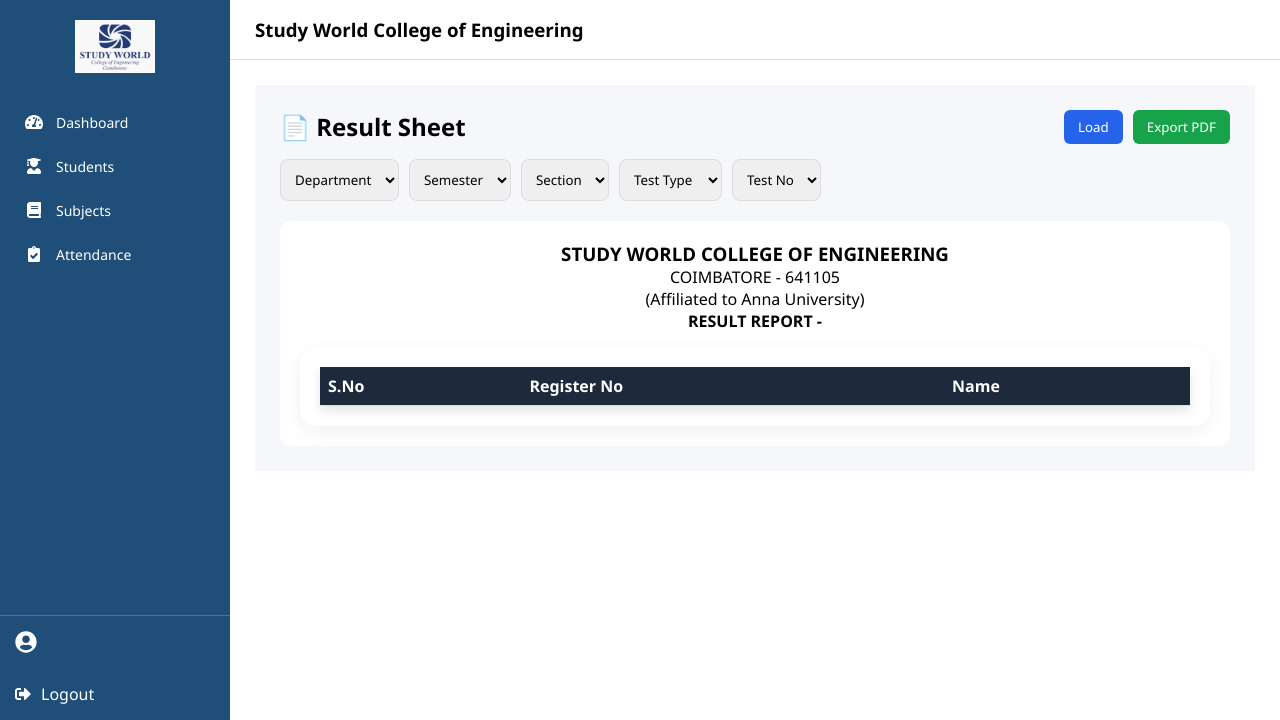
Repository: arthanarieswara/frontend
Page: /result-sheet
An editor plug-in stored every save of this project. The page is shown before and after the next save, followed by the edit.
The browser window is 1280 px wide. The pictures show the whole page.
The page's requests for data from a server got no answer. The project was rebuilt for these pictures with package versions that can differ from the ones it lists, and the page was loaded fresh each time. No one was signed in, and anything a server would have sent is missing. Also part of the build but not shown: vite.config.js, src/pages/auth/Login.jsx, src/pages/dashboard/Dashboard.css, src/pages/dashboard/Dashboard.jsx, src/pages/departments/Departments.jsx, src/pages/students/Students.css, src/pages/students/Students.jsx, src/pages/faculty/Faculty.css and 13 more.

Above is the page before, as saved 2026-04-13 15:25:52.

### index.html
<!doctype html>
<html lang="en">
  <head>
    <meta charset="UTF-8" />
    <link rel="icon" type="image/svg+xml" href="/college-logo.png" />
    <meta name="viewport" content="width=device-width, initial-scale=1.0" />
    <title>SWMS</title>
  </head>
  <body>
    <div id="root"></div>
    <script type="module" src="/src/main.jsx"></script>
  </body>
</html>

### src/App.jsx
import AppRoutes from "./routes/AppRoutes";

function App() {
  return <AppRoutes />;
}

export default App;

### src/routes/AppRoutes.jsx
import { BrowserRouter, Routes, Route } from "react-router-dom";

import Login from "../pages/auth/Login";
import Dashboard from "../pages/dashboard/Dashboard";
import Departments from "../pages/departments/Departments";
import Students from "../pages/students/Students";
import Faculty from "../pages/faculty/Faculty";
import Subjects from "../pages/Subjects/Subjects";
import Attendance from "../pages/Attendance/Attendance";
import Users from "../pages/users/Users";
import UserMapping from "../pages/UserMapping/UserMapping"; // ✅ NEW
import FacultyAttendance from "../pages/faculty/FacultyAttendance";
import Marks from "../pages/marks/Marks";
import ResultSheet from "../pages/marks/ResultSheet";
import SubjectMarks from "../pages/marks/SubjectMarks";
function AppRoutes() {
  return (
    <BrowserRouter>
      <Routes>
        <Route path="/" element={<Login />} />
        <Route path="/dashboard" element={<Dashboard />} />
        <Route path="/departments" element={<Departments />} />
        <Route path="/students" element={<Students />} />
        <Route path="/faculty" element={<Faculty />} />
        <Route path="/subjects" element={<Subjects />} />
        <Route path="/attendance" element={<Attendance />} />
        <Route path="/users" element={<Users />} />
        <Route path="/faculty-attendance" element={<FacultyAttendance />} />

        {/* ✅ NEW ROUTE */}
        <Route path="/mapping" element={<UserMapping />} />
        <Route path="/marks" element={<Marks />} />
        <Route path="/result-sheet" element={<ResultSheet />} />
        <Route path="/subject-marks" element={<SubjectMarks />} />
      </Routes>
    </BrowserRouter>
  );
}

export default AppRoutes;

### src/pages/auth/Login.css
*{
  margin:0;
  padding:0;
  box-sizing:border-box;
  font-family:"Segoe UI",sans-serif;
}

/* ANIMATED BACKGROUND */

.login-wrapper{
  height:100vh;
  display:flex;
  justify-content:center;
  align-items:center;
  background:linear-gradient(270deg,#0f4c81,#3a8bfd,#1a6ed8);
  background-size:600% 600%;
  animation:gradientBG 10s ease infinite;
}

@keyframes gradientBG{
  0%{background-position:0% 50%}
  50%{background-position:100% 50%}
  100%{background-position:0% 50%}
}

/* LOGIN CARD */

.login-card{
  width:420px;
  padding:40px;
  border-radius:12px;
  background:rgba(255,255,255,0.15);
  backdrop-filter:blur(15px);
  box-shadow:0 15px 40px rgba(0,0,0,0.3);
  text-align:center;
  color:white;
}

/* COLLEGE HEADER */

.college-logo{
  width:70px;
  margin-bottom:10px;
}

.college-header h1{
  font-size:20px;
  margin-bottom:5px;
}

.college-header p{
 font-size:13px;
  opacity:0.9;
}

.college-header span{
  font-size:12px;
  opacity:0.8;
}

.college-header{
  margin-bottom:30px;
}

/* INPUT GROUP */

.input-group{

  position:relative;
  margin-bottom:20px;
}

.input-group input{
  width:100%;
  padding:12px;
  border:none;
  border-radius:6px;
  outline:none;
  font-size:14px;
}

/* FLOATING LABEL */

.input-group label{
  position:absolute;
  left:12px;
  top:50%;
  transform:translateY(-50%);
  color:#000000;
  font-size:14px;
  pointer-events:none;
  transition:0.3s;
}

.input-group input:focus + label,
.input-group input:not(:placeholder-shown) + label{
  top:-8px;
  /* background:white; */
  padding:0 5px;
  font-size:15px;
  color:white;
}

/* PASSWORD ICON */

.password-group{
 position:relative;
}

.eye-icon{
  position:absolute;
  right:10px;
  top:50%;
  transform:translateY(-50%);
  cursor:pointer;
  color:#444;
}

/* BUTTON */

.login-btn{
  width:100%;
  padding:12px;
  border:none;
  border-radius:6px;
  background:white;
  color:#0f4c81;
  font-size:16px;
  font-weight:bold;
  cursor:pointer;
  transition:all 0.3s;
}

.login-btn:hover{
  transform:translateY(-2px);
  box-shadow:0 5px 15px rgba(0,0,0,0.3);
}

### src/components/Layout.jsx
import { useState } from "react";
import Sidebar from "./Sidebar";
import Navbar from "./Navbar";

function Layout({ children }) {

  const [collapsed,setCollapsed] = useState(false);

  return (

    <div style={{display:"flex"}}>

      <Sidebar collapsed={collapsed} />

      <div style={{flex:1}}>

        <Navbar toggleSidebar={()=>setCollapsed(!collapsed)} />

        <div style={{padding:"25px"}}>
          {children}
        </div>

      </div>

    </div>

  );

}

export default Layout;

### src/pages/departments/Departments.css
.departments h2 {
    margin-bottom: 20px;
}

.add-section {
    display: flex;
    gap: 10px;
    margin-bottom: 20px;
}

.add-section input {
    padding: 10px;
    border: 1px solid #ccc;
    border-radius: 5px;
}

.add-section button {
    background: #0f4c81;
    color: white;
    border: none;
    padding: 10px 15px;
    border-radius: 5px;
    cursor: pointer;
}

table {
    width: 100%;
    border-collapse: collapse;
    background: white;
    box-shadow: 0 5px 10px rgba(0, 0, 0, 0.1);
}

th,
td {
    padding: 12px;
    border-bottom: 1px solid #ddd;
    text-align: left;
}

.delete-btn {
    background: red;
    color: white;
    border: none;
    padding: 6px 10px;
    border-radius: 4px;
    cursor: pointer;
}

.edit-btn {
    background: #0f4c81;
    color: white;
    border: none;
    padding: 6px 10px;
    border-radius: 4px;
    cursor: pointer;
    margin: 10px;
}

### src/pages/faculty/FacultyAttendance.css
.faculty-attendance {
  padding: 25px;
}

/* HEADER */
.header {
  display: flex;
  justify-content: space-between;
  align-items: center;
  margin-bottom: 20px;
}

.actions {
  display: flex;
  gap: 10px;
}

.actions input {
  padding: 8px;
  border-radius: 6px;
  border: 1px solid #ccc;
}

.actions button {
  background: #1e5eff;
  color: white;
  border: none;
  padding: 8px 14px;
  border-radius: 6px;
  cursor: pointer;
}

.actions button:hover {
  background: #1748c7;
}

.secondary-btn {
  background: #28a745;
}

.secondary-btn:hover {
  background: #1e7e34;
}

/* TABLE */
.table-container {
  background: white;
  border-radius: 10px;
  box-shadow: 0 2px 10px rgba(0,0,0,0.08);
  overflow: hidden;
}

table {
  width: 100%;
  border-collapse: collapse;
}

thead {
  background: #1e5eff;
  color: white;
}

th, td {
  padding: 12px;
}

tbody tr:nth-child(even) {
  background: #f5f7fb;
}

tbody tr:hover {
  background: #eef2ff;
}

/* STATUS COLORS */
.status-dropdown.Present {
  background: #d4edda;
}

.status-dropdown.Absent {
  background: #f8d7da;
}

/* TIME INPUTS */
.time-inputs {
  display: flex;
  gap: 10px;
}

/* REPORT */
.report-section {
  margin-top: 30px;
}

.cards {
  display: flex;
  gap: 15px;
  flex-wrap: wrap;
}

.card {
  background: white;
  padding: 15px;
  border-radius: 8px;
  box-shadow: 0 2px 8px rgba(0,0,0,0.1);
  min-width: 120px;
  text-align: center;
}

.card.total {
  background: #1e5eff;
  color: white;
}

### src/pages/marks/ResultSheet.css
.result-page {
  padding: 25px;
  background: #f5f7fb;
}

.result-header {
  display: flex;
  justify-content: space-between;
  margin-bottom: 15px;
}

.actions {
  display: flex;
  gap: 10px;
}

.btn {
  padding: 8px 16px;
  border-radius: 8px;
  border: none;
  cursor: pointer;
}

.btn.primary {
  background: #2563eb;
  color: white;
}

.btn.success {
  background: #16a34a;
  color: white;
}

.filter-bar {
  display: flex;
  gap: 10px;
  margin-bottom: 20px;
}

.filter-bar select {
  padding: 10px;
  border-radius: 8px;
  border: 1px solid #ddd;
}

.pdf-container {
  background: white;
  padding: 20px;
  border-radius: 12px;
}

.college-block {
  text-align: center;
  margin-bottom: 15px;
}

.table-wrapper {
  overflow-x: auto;
}

.result-table {
  width: 100%;
  border-collapse: collapse;
}

.result-table th {
  background: #1e293b;
  color: white;
  padding: 8px;
}

.result-table td {
  border: 1px solid #ddd;
  padding: 6px;
  text-align: center;
}

.name {
  text-align: left;
}

.pass {
  color: green;
  font-weight: bold;
}

.fail {
  color: red;
  font-weight: bold;
}

.absent {
  color: orange;
  font-weight: bold;
}

.analysis-section {
  margin-top: 20px;
}

.analysis-table {
  width: 100%;
  border-collapse: collapse;
  margin-bottom: 15px;
}

.analysis-table th {
  background: #f1f5f9;
  padding: 8px;
}

.analysis-table td {
  border: 1px solid #ddd;
  text-align: center;
}

### src/pages/marks/SubjectMarks.css
/* PAGE */
.subject-page {
  padding: 25px;
  background: #f5f7fb;
}

/* TITLE */
.subject-page h2 {
  margin-bottom: 15px;
  font-weight: 600;
}

/* ================= FILTERS ================= */
.filters.modern {
  display: grid;
  grid-template-columns: repeat(auto-fit, minmax(160px, 1fr));
  gap: 12px;
  margin-bottom: 20px;
}

.filters select,
.filters button {
  padding: 10px;
  border-radius: 10px;
  border: 1px solid #ddd;
  background: #f9fafb;
  transition: 0.2s;
}

.filters select:focus {
  border-color: #2563eb;
  background: white;
  outline: none;
}

/* BUTTONS */
.filters button {
  background: linear-gradient(135deg, #2563eb, #4f46e5);
  color: white;
  border: none;
  cursor: pointer;
}

.filters button:hover {
  transform: scale(1.05);
}

.export-btn {
  background: linear-gradient(135deg, #7c3aed, #a855f7);
}

/* ================= ANALYSIS ================= */
.analysis-grid {
  display: grid;
  grid-template-columns: repeat(auto-fit, minmax(140px, 1fr));
  gap: 15px;
  margin-bottom: 20px;
}

/* CARDS */
.card {
  padding: 18px;
  border-radius: 14px;
  text-align: center;
  font-weight: 600;
  color: white;
  box-shadow: 0 6px 18px rgba(0,0,0,0.08);
  transition: 0.25s;
  position: relative;
}

.card:hover {
  transform: translateY(-5px) scale(1.02);
}

/* TOP STRIP */
.card::before {
  content: "";
  position: absolute;
  top: 0;
  left: 0;
  height: 5px;
  width: 100%;
  border-radius: 14px 14px 0 0;
}

/* COLORS */
.total {
  background: linear-gradient(135deg, #1e293b, #334155);
}
.total::before { background: #94a3b8; }

.present {
  background: linear-gradient(135deg, #16a34a, #22c55e);
}
.present::before { background: #4ade80; }

.absent {
  background: linear-gradient(135deg, #ea580c, #f97316);
}
.absent::before { background: #fb923c; }

.pass {
  background: linear-gradient(135deg, #2563eb, #3b82f6);
}
.pass::before { background: #60a5fa; }

.fail {
  background: linear-gradient(135deg, #dc2626, #ef4444);
}
.fail::before { background: #f87171; }

.avg {
  background: linear-gradient(135deg, #7c3aed, #8b5cf6);
}
.avg::before { background: #a78bfa; }

.high {
  background: linear-gradient(135deg, #0891b2, #06b6d4);
}
.high::before { background: #67e8f9; }

.low {
  background: linear-gradient(135deg, #eab308, #facc15);
  color: black;
}
.low::before { background: #fde047; }

/* ================= TABLE ================= */
.table-wrapper {
  background: white;
  padding: 20px;
  border-radius: 16px;
  box-shadow: 0 6px 20px rgba(0,0,0,0.06);
  overflow-x: auto;
}

/* TABLE */
.marks-table {
  width: 100%;
  border-collapse: collapse;
}

/* HEADER */
.marks-table th {
  background: #1e293b;
  color: white;
  padding: 10px;
  font-size: 14px;
}

/* ROWS */
.marks-table td {
  padding: 10px;
  border-bottom: 1px solid #eee;
  text-align: center;
}

/* HOVER */
.marks-table tr:hover {
  background: #f9fafb;
}

/* INPUT */
.marks-table input {
  width: 80px;
  padding: 6px;
  border-radius: 8px;
  border: 1px solid #ddd;
  text-align: center;
}

.marks-table input:focus {
  border-color: #2563eb;
  outline: none;
}

/* SAVE BUTTON */
.save-btn {
  margin-top: 15px;
  padding: 10px 20px;
  border-radius: 10px;
  border: none;
  background: linear-gradient(135deg, #16a34a, #22c55e);
  color: white;
  cursor: pointer;
  transition: 0.3s;
}

.save-btn:hover {
  transform: scale(1.05);
}

### src/components/Sidebar.jsx
import { NavLink, useNavigate } from "react-router-dom";
import {
  FaTachometerAlt,
  FaUniversity,
  FaUserGraduate,
  FaChalkboardTeacher,
  FaBook,
  FaClipboardCheck,
  FaSignOutAlt,
  FaUserCircle,
  FaUsers,
  FaProjectDiagram,

} from "react-icons/fa";

import "./Sidebar.css";

function Sidebar({ collapsed }) {
  const navigate = useNavigate();

  const user = JSON.parse(localStorage.getItem("user"));
  const role = user?.role;

  const handleLogout = () => {
    localStorage.removeItem("token");
    localStorage.removeItem("user");
    navigate("/");
  };

  return (
    <div className="main-content">
      <div className={`sidebar ${collapsed ? "collapsed" : ""}`}>
        <div className="sidebar-header">
          <img src="/college-logo.png" className="sidebar-logo" />
        </div>

        <nav className="menu">
          {/* COMMON (ADMIN + FACULTY) */}
          <NavLink to="/dashboard" className="menu-item">
            <FaTachometerAlt />
            <span>Dashboard</span>
          </NavLink>

          <NavLink to="/students" className="menu-item">
            <FaUserGraduate />
            <span>Students</span>
          </NavLink>

          <NavLink to="/subjects" className="menu-item">
            <FaBook />
            <span>Subjects</span>
          </NavLink>

          <NavLink to="/attendance" className="menu-item">
            <FaClipboardCheck />
            <span>Attendance</span>
          </NavLink>

          {/* ADMIN ONLY */}
          {role === "Admin" && (
            <>
              <NavLink to="/departments" className="menu-item">
                <FaUniversity />
                <span>Departments</span>
              </NavLink>

              <NavLink to="/faculty" className="menu-item">
                <FaChalkboardTeacher />
                <span>Faculty</span>
              </NavLink>

              <NavLink to="/users" className="menu-item">
                <FaUsers />
                <span>Users</span>
              </NavLink>

              <NavLink to="/mapping" className="menu-item">
                <FaProjectDiagram />
                <span>Mapping</span>
              </NavLink>

              <NavLink to="/faculty-attendance" className="menu-item">
                <FaClipboardCheck />
                <span>Faculty Attendance</span>
              </NavLink>

              <NavLink to="/marks" className="menu-item">
                <FaClipboardCheck />
                <span>Marks</span>
              </NavLink>

              <NavLink to="/result-sheet" className="menu-item">
                <FaClipboardCheck />
                <span>Result Sheet</span>
              </NavLink>

              <NavLink to="/subject-marks" className="menu-item">
                <FaClipboardCheck />
                <span>Subject Mark</span>
              </NavLink>


            </>
          )}
        </nav>

        {/* PROFILE + LOGOUT */}

        <div className="bottom-section">
          <div className="profile">
            <FaUserCircle className="profile-icon" />
            <span>{role}</span>
          </div>

          <div className="logout" onClick={handleLogout}>
            <FaSignOutAlt />
            <span>Logout</span>
          </div>
        </div>
      </div>
    </div>
  );
}

export default Sidebar;

### src/components/Navbar.jsx
import { FaBars } from "react-icons/fa";
import "./Navbar.css";

function Navbar({ toggleSidebar }) {

    return (

        <div className="navbar">

            {/* <FaBars className="toggle-btn" onClick={toggleSidebar} /> */}

            <h3>Study World College of Engineering</h3>

        </div>

    )

}

export default Navbar;

### src/components/Sidebar.css
.sidebar {
  width: 230px;
  height: 100vh;
  background: #1f4e79;
  color: white;
  display: flex;
  flex-direction: column;
  justify-content: space-between;
  position: fixed;
  left: 0;
  top: 0;
}

/* HEADER */

.sidebar-header {
  display: flex;
  justify-content: center;
  align-items: center;
  padding: 20px 10px;
}

.sidebar-logo {
  width: 80px;
  object-fit: contain;
}

/* MENU */

.menu {
  display: flex;
  flex-direction: column;
  gap: 5px;
  padding: 10px;
}

/* MENU ITEM */

.menu-item {
  display: flex;
  align-items: center;
  gap: 12px;
  padding: 10px 14px;
  color: white;
  text-decoration: none;
  border-radius: 6px;
  transition: 0.3s;
  font-size: 14px;
}

.menu-item svg {
  font-size: 16px;
  min-width: 20px;
}

.menu-item:hover {
  background: rgba(255, 255, 255, 0.15);
}

.menu-item.active {
  background: white;
  color: #1f4e79;
}

/* PUSH BOTTOM SECTION DOWN */

.bottom-section {
  margin-top: auto;
}

/* PROFILE */

.profile {
  display: flex;
  align-items: center;
  gap: 10px;
  padding: 15px;
  border-top: 1px solid rgba(255, 255, 255, 0.2);
}

.profile-icon {
  font-size: 22px;
}

/* LOGOUT */

.logout {
  display: flex;
  align-items: center;
  gap: 10px;
  padding: 15px;
  cursor: pointer;
  transition: 0.3s;
}

.logout:hover {
  background: rgba(255, 0, 0, 0.2);
}

.main-content {
  margin-left: 190px; /* SAME AS SIDEBAR WIDTH */
  padding: 20px;
}

### src/components/Navbar.css
.navbar{
  height:60px;
  background:white;
  border-bottom:1px solid #ddd;
  display:flex;
  align-items:center;
  padding:0 25px;
}

Loaded but not shown: src/main.jsx (common file); src/api/api.js (18 lines, source omitted); src/pages/marks/ResultSheet.jsx (365 lines, source omitted)

After the next save:
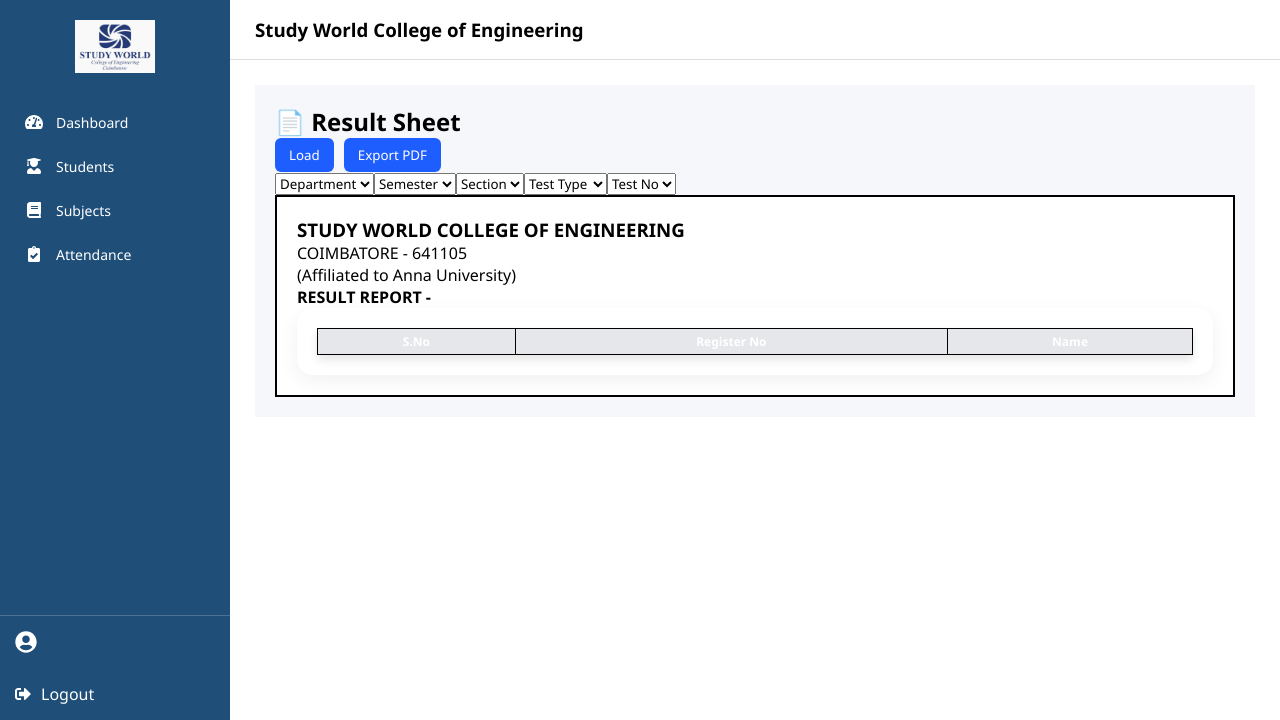
Saved 15 s later.
--- a/src/pages/marks/ResultSheet.css
+++ b/src/pages/marks/ResultSheet.css
@@ -1,115 +1,65 @@
 .result-page {
-  padding: 25px;
+  padding: 20px;
   background: #f5f7fb;
 }
 
-.result-header {
-  display: flex;
-  justify-content: space-between;
-  margin-bottom: 15px;
-}
-
-.actions {
-  display: flex;
-  gap: 10px;
-}
-
-.btn {
-  padding: 8px 16px;
-  border-radius: 8px;
-  border: none;
-  cursor: pointer;
-}
-
-.btn.primary {
-  background: #2563eb;
-  color: white;
-}
-
-.btn.success {
-  background: #16a34a;
-  color: white;
-}
-
-.filter-bar {
+.filters {
   display: flex;
   gap: 10px;
   margin-bottom: 20px;
 }
 
-.filter-bar select {
-  padding: 10px;
-  border-radius: 8px;
-  border: 1px solid #ddd;
+.filters select,
+.filters button {
+  padding: 8px 12px;
+  border-radius: 6px;
 }
 
 .pdf-container {
   background: white;
   padding: 20px;
-  border-radius: 12px;
+  border: 2px solid black;
 }
 
-.college-block {
+.college-title {
   text-align: center;
-  margin-bottom: 15px;
+  font-weight: bold;
+  margin-bottom: 10px;
 }
 
-.table-wrapper {
-  overflow-x: auto;
-}
-
+/* TABLE */
 .result-table {
   width: 100%;
   border-collapse: collapse;
+  font-size: 12px;
+}
+
+.result-table th,
+.result-table td {
+  border: 1px solid black;
+  padding: 4px;
+  text-align: center;
 }
 
 .result-table th {
-  background: #1e293b;
-  color: white;
-  padding: 8px;
-}
-
-.result-table td {
-  border: 1px solid #ddd;
-  padding: 6px;
-  text-align: center;
-}
-
-.name {
-  text-align: left;
-}
-
-.pass {
-  color: green;
-  font-weight: bold;
-}
-
-.fail {
-  color: red;
-  font-weight: bold;
-}
-
-.absent {
-  color: orange;
-  font-weight: bold;
-}
-
-.analysis-section {
-  margin-top: 20px;
+  background: #e5e7eb;
 }
 
 .analysis-table {
   width: 100%;
   border-collapse: collapse;
-  margin-bottom: 15px;
+  font-size: 12px;
+  margin-top: 10px;
+}
+
+.analysis-table th,
+.analysis-table td {
+  border: 1px solid black;
+  padding: 5px;
+  text-align: center;
 }
 
 .analysis-table th {
-  background: #f1f5f9;
-  padding: 8px;
+  background: #e5e7eb;
+  text-align: left;
 }
-
-.analysis-table td {
-  border: 1px solid #ddd;
-  text-align: center;
-}

After the save that followed:
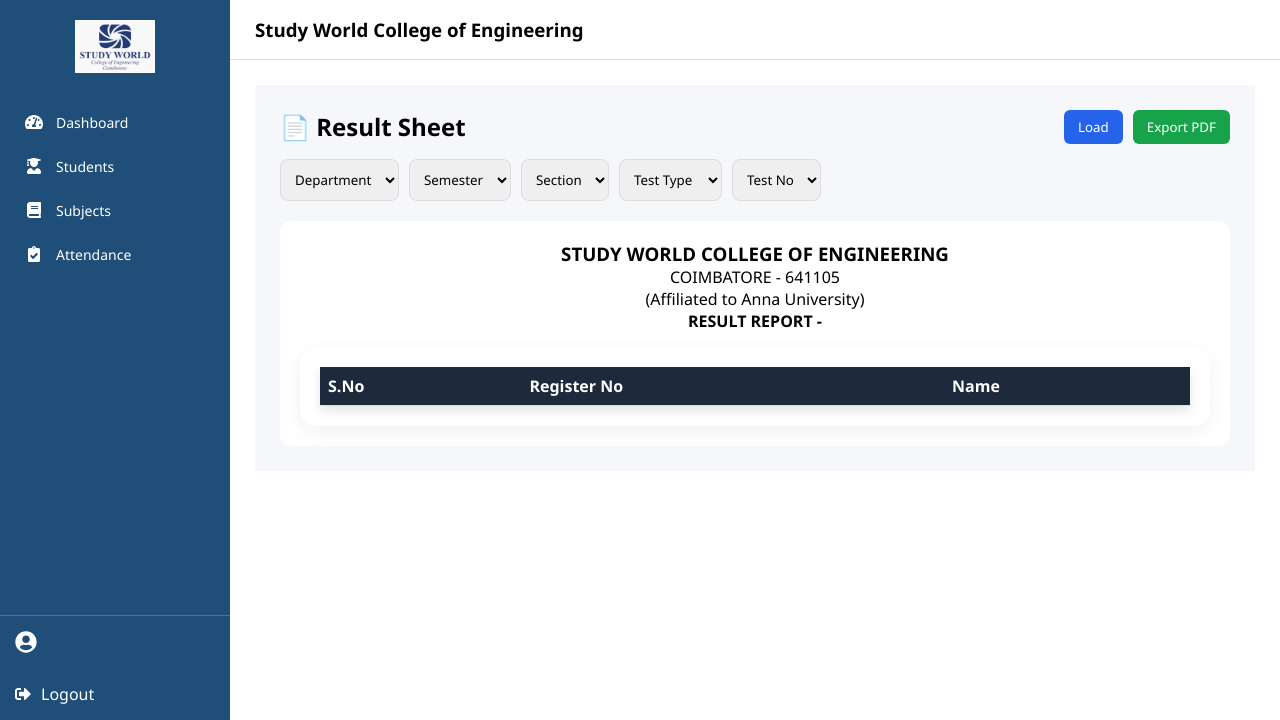
Saved 6 s later.
--- a/src/pages/marks/ResultSheet.css
+++ b/src/pages/marks/ResultSheet.css
@@ -1,65 +1,115 @@
 .result-page {
-  padding: 20px;
+  padding: 25px;
   background: #f5f7fb;
 }
 
-.filters {
+.result-header {
+  display: flex;
+  justify-content: space-between;
+  margin-bottom: 15px;
+}
+
+.actions {
+  display: flex;
+  gap: 10px;
+}
+
+.btn {
+  padding: 8px 16px;
+  border-radius: 8px;
+  border: none;
+  cursor: pointer;
+}
+
+.btn.primary {
+  background: #2563eb;
+  color: white;
+}
+
+.btn.success {
+  background: #16a34a;
+  color: white;
+}
+
+.filter-bar {
   display: flex;
   gap: 10px;
   margin-bottom: 20px;
 }
 
-.filters select,
-.filters button {
-  padding: 8px 12px;
-  border-radius: 6px;
+.filter-bar select {
+  padding: 10px;
+  border-radius: 8px;
+  border: 1px solid #ddd;
 }
 
 .pdf-container {
   background: white;
   padding: 20px;
-  border: 2px solid black;
+  border-radius: 12px;
 }
 
-.college-title {
+.college-block {
   text-align: center;
-  font-weight: bold;
-  margin-bottom: 10px;
+  margin-bottom: 15px;
 }
 
-/* TABLE */
+.table-wrapper {
+  overflow-x: auto;
+}
+
 .result-table {
   width: 100%;
   border-collapse: collapse;
-  font-size: 12px;
 }
 
-.result-table th,
+.result-table th {
+  background: #1e293b;
+  color: white;
+  padding: 8px;
+}
+
 .result-table td {
-  border: 1px solid black;
-  padding: 4px;
+  border: 1px solid #ddd;
+  padding: 6px;
   text-align: center;
 }
 
-.result-table th {
-  background: #e5e7eb;
+.name {
+  text-align: left;
+}
+
+.pass {
+  color: green;
+  font-weight: bold;
+}
+
+.fail {
+  color: red;
+  font-weight: bold;
+}
+
+.absent {
+  color: orange;
+  font-weight: bold;
+}
+
+.analysis-section {
+  margin-top: 20px;
 }
 
 .analysis-table {
   width: 100%;
   border-collapse: collapse;
-  font-size: 12px;
-  margin-top: 10px;
-}
-
-.analysis-table th,
-.analysis-table td {
-  border: 1px solid black;
-  padding: 5px;
-  text-align: center;
+  margin-bottom: 15px;
 }
 
 .analysis-table th {
-  background: #e5e7eb;
-  text-align: left;
+  background: #f1f5f9;
+  padding: 8px;
 }
+
+.analysis-table td {
+  border: 1px solid #ddd;
+  text-align: center;
+}
